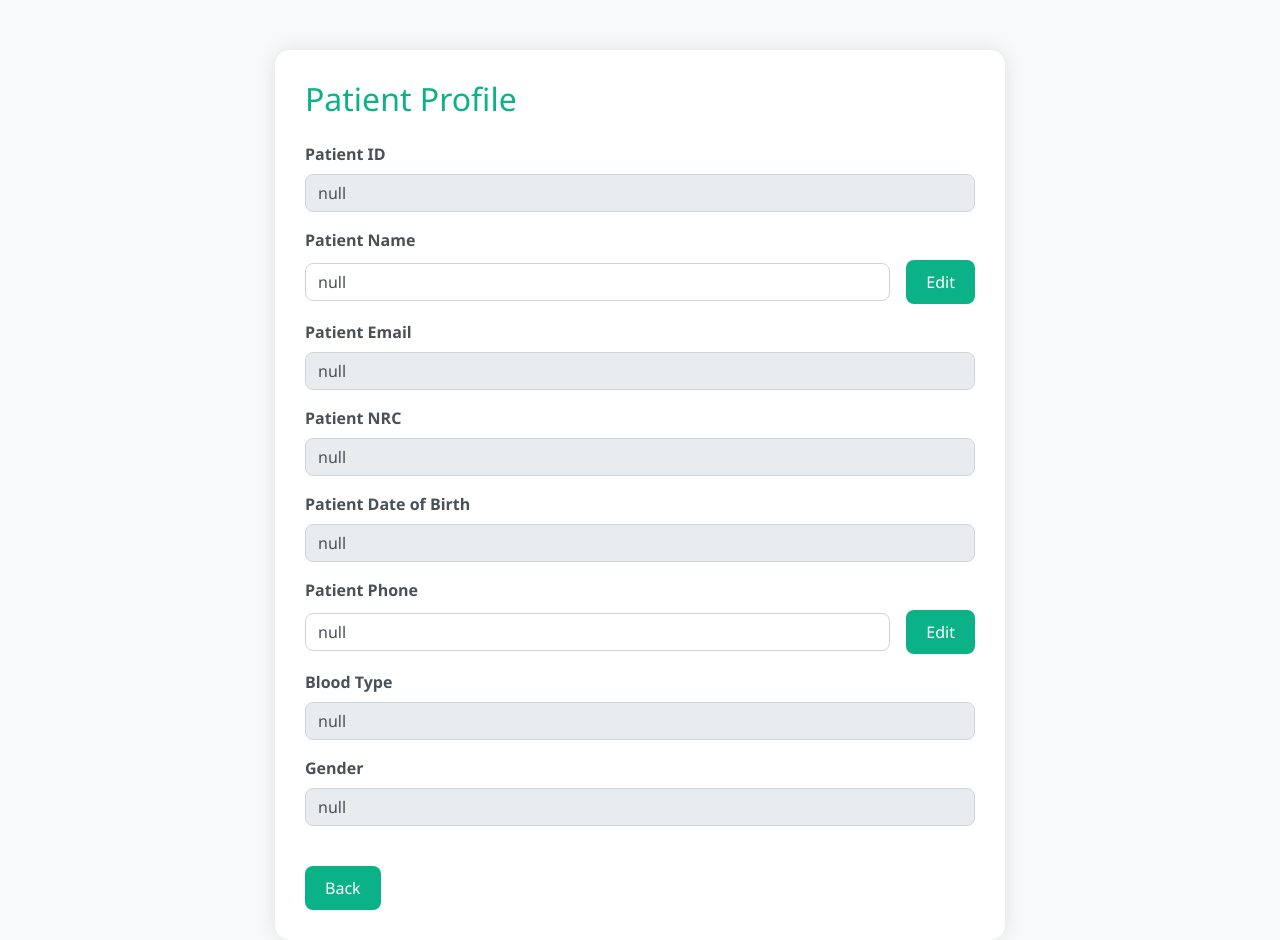
Repository: theonlymono/FitfinityHealthcareWebsiteJ2EE
Page: http://localhost/Fitfinity/ProfileUpdate.jsp
These files come from the project's save history. The page is drawn as it stood at one moment and after the next save; the edit follows.
The browser window is 1280 px wide. The pictures show the whole page.
Some web libraries are served in a nearby version. The page is served by Tomcat 9. Other server files are loaded and not shown. Queries for data that is not in the repository find no rows.

Above is the page before, as saved 2024-03-03 10:51:01.

### fitfinity/Fitfinity/WebContent/ProfileUpdate.jsp
<!DOCTYPE html>
<%@page import="UpdateProfile.*"%>
<%@page import="java.util.*" %>
<html lang="en">
<head>
  <meta charset="UTF-8">
  <meta name="viewport" content="width=device-width, initial-scale=1.0">
  <title>Patient Profile</title>
  <!-- Bootstrap CSS -->
  <link href="https://stackpath.bootstrapcdn.com/bootstrap/4.5.2/css/bootstrap.min.css" rel="stylesheet">
  <!-- Custom CSS -->
  <style>
    /* Add custom styles here */
    body {
      background-color: #f8f9fa;
      font-family: 'Segoe UI', Tahoma, Geneva, Verdana, sans-serif;
    }
    .profile-card {
      background-color: #fff;
      border-radius: 15px;
      box-shadow: 0 0 20px rgba(0, 0, 0, 0.1);
      padding: 30px;
      margin-top: 50px;
    }
    .edit-button {
      background-color: #0bb288;
      border: none;
      color: #fff;
      padding: 10px 20px;
      border-radius: 8px;
      cursor: pointer;
    }
    .edit-button:hover {
      background-color: #218838;
    }
    .back-button {
      background-color: #0bb288;
      border: none;
      color: #fff;
      padding: 10px 20px;
      border-radius: 8px;
      cursor: pointer;
    }
    .back-button:hover {
      background-color: #218838;
    }
    .form-group label {
      font-weight: bold;
      color: #495057;
    }
    .form-control {
      border-radius: 8px;
      border: 1px solid #ced4da;
    }
    h2 {
      color: #0bb288;
    }
    .error-message {

            font-weight: bold;
            color: red;
            font-size: 15px;
        }
    .success-message {

            font-weight: bold;
            color: #0bb288;
            font-size: 15px bold;
        }

  </style>
</head>
<body>
<div class="error-message">
  <c:out value="${message}" />
</div>
<div class="container">
  <div class="row justify-content-center">
    <div class="col-md-8">
      <div class="profile-card">
        <h2 class="mb-4">Patient Profile</h2>
        <% String userid = request.getParameter("userid");
          	 String email = request.getParameter("email");
             String username = request.getParameter("username");
             ProfileDAO dao = new ProfileDAO();

          %>



        <form id="updateForm" action="${pageContext.request.contextPath}/UpdateNameServlet" method="post">
		    <div class="form-group">
		        <label for="patientID">Patient ID</label>
		        <input type="text" class="form-control" id="patientID" name="userid" value="<%= userid %>" disabled>
		        <!-- Add hidden input field for userid -->
		        <input type="hidden" name="userid" value="<%= userid %>">
		    </div>

		    <div class="form-group">
		        <label for="patientName">Patient Name</label>
		        <div class="d-flex align-items-center">
		            <input type="text" class="form-control mr-3" id="patientName" name="updatedName" value="<%= dao.getName(userid) %>">
		            <button class="edit-button" type="submit">Edit</button>
		        </div>
		        <% String message1 = (String) request.getAttribute("message1");
        		   	   if (message1!= null)
        		   	   {
        		   %>

        		   <div class="success-message"> <%= message1 %> </div>
        		   <% } %>
		        <% String message2 = (String) request.getAttribute("message2");
        		   	   if (message2!= null)
        		   	   {
        		   %>

        		   <div class="error-message"> <%= message2 %> </div>
        		   <% } %>
		    </div>
		</form>


        <div class="form-group">
          <label for="patientEmail">Patient Email</label>
          <input type="email" class="form-control" id="patientEmail" value="<%=dao.getEmail(userid) %>" disabled>
        </div>
        <div class="form-group">
          <label for="patientNRC">Patient NRC</label>
          <input type="text" class="form-control" id="patientNRC" value="<%=dao.getNRC(userid)%>" disabled>
        </div>
        <div class="form-group">
          <label for="patientDOB">Patient Date of Birth</label>
          <input type="text" class="form-control" id="patientDOB" value="<%=dao.getDOB(userid) %>" disabled>
        </div>

        <form id="updatePhoneForm" action="http://localhost:8080/SignUp/UpdatePhoneServlet" method="post">
		    <div class="form-group">
		        <!-- Add hidden input field for userid -->
		        <input type="hidden" name="userid" value="<%= userid %>">
		    </div>

		    <div class="form-group">
		        <label for="patientPhone">Patient Phone</label>
		        <div class="d-flex align-items-center">
		            <input type="text" class="form-control mr-3" id="patientPhone" name="updatedPhone" value="<%= dao.getPhone(userid) %>">
		            <button class="edit-button" type="submit">Edit</button>
		        </div>
		        <% String message3 = (String) request.getAttribute("message3");
        		   	   if (message3!= null)
        		   	   {
        		   %>

        		   <div class="success-message"> <%= message3 %> </div>
        		   <% } %>
		        <% String message4 = (String) request.getAttribute("message4");
        		   	   if (message4!= null)
        		   	   {
        		   %>

        		   <div class="error-message"> <%= message4 %> </div>
        		   <% } %>
		    </div>
		</form>


        <div class="form-group">
          <label for="bloodType">Blood Type</label>
          <input type="text" class="form-control" id="bloodType" value="<%=dao.getBlood(userid) %>" disabled>
        </div>
        <div class="form-group">
          <label for="gender">Gender</label>
          <input type="text" class="form-control" id="gender" value="<%=dao.getGender(userid) %>" disabled>
        </div>

        <!-- Back Button -->
        <button class="back-button mt-4" >Back</button>




      </div>
    </div>
  </div>
</div>

<!-- Bootstrap JS -->
<script src="https://code.jquery.com/jquery-3.5.1.slim.min.js"></script>
<script src="https://cdn.jsdelivr.net/npm/@popperjs/core@2.5.4/dist/umd/popper.min.js"></script>
<script src="https://stackpath.bootstrapcdn.com/bootstrap/4.5.2/js/bootstrap.min.js"></script>

<!-- JavaScript to go back to the previous page -->
<script>
  function goBack() {
    window.history.back();
  }


</script>

</body>
</html>

### fitfinity/Fitfinity/src/main/java/UpdateProfile/ProfileDAO.java
package UpdateProfile;

import java.util.*;
import java.sql.*;

public class ProfileDAO {


	public String getName(String userid) {
		String name=null;

		try {
			Class.forName("com.mysql.cj.jdbc.Driver");

			Connection c = DriverManager.getConnection("jdbc:mysql://localhost:3306/fitfinity","root", "");
			String sql = "SELECT patientName FROM patients WHERE patientID =?";
            PreparedStatement stmt = c.prepareStatement(sql);
            stmt.setString(1, userid);
            ResultSet rs = stmt.executeQuery();

            while (rs.next())

            {
            	name = rs.getString("patientName");
            }

		} catch (Exception e) {
			e.getStackTrace();
		}

		return name;
	}
	public String getNRC(String userid) {
		String nrc=null;

		try {
			Class.forName("com.mysql.cj.jdbc.Driver");

			Connection c = DriverManager.getConnection("jdbc:mysql://localhost:3306/fitfinity","root", "");
			String sql = "SELECT patientNRC FROM patients WHERE patientID =?";
			PreparedStatement stmt = c.prepareStatement(sql);
			stmt.setString(1, userid);
			ResultSet rs = stmt.executeQuery();

			while (rs.next())

			{
				nrc = rs.getString("patientNRC");
			}

		} catch (Exception e) {
			e.getStackTrace();
		}

		return nrc;
	}
	public String getDOB(String userid) {
		String dob=null;

		try {
			Class.forName("com.mysql.cj.jdbc.Driver");

			Connection c = DriverManager.getConnection("jdbc:mysql://localhost:3306/fitfinity","root", "");
			String sql = "SELECT patientDOB FROM patients WHERE patientID =?";
			PreparedStatement stmt = c.prepareStatement(sql);
			stmt.setString(1, userid);
			ResultSet rs = stmt.executeQuery();

			while (rs.next())

			{
				dob = rs.getString("patientDOB");
			}

		} catch (Exception e) {
			e.getStackTrace();
		}

		return dob;
	}
	public String getPhone(String userid) {
		String phone=null;

		try {
			Class.forName("com.mysql.cj.jdbc.Driver");

			Connection c = DriverManager.getConnection("jdbc:mysql://localhost:3306/fitfinity","root", "");
			String sql = "SELECT patientPhone FROM patients WHERE patientID =?";
			PreparedStatement stmt = c.prepareStatement(sql);
			stmt.setString(1, userid);
			ResultSet rs = stmt.executeQuery();

			while (rs.next())

			{
				phone = rs.getString("patientPhone");
			}

		} catch (Exception e) {
			e.getStackTrace();
		}

		return phone;
	}
	public String getBlood(String userid) {
		String blood=null;

		try {
			Class.forName("com.mysql.cj.jdbc.Driver");

			Connection c = DriverManager.getConnection("jdbc:mysql://localhost:3306/fitfinity","root", "");
			String sql = "SELECT bloodType FROM patients WHERE patientID =?";
			PreparedStatement stmt = c.prepareStatement(sql);
			stmt.setString(1, userid);
			ResultSet rs = stmt.executeQuery();

			while (rs.next())

			{
				blood = rs.getString("bloodType");
			}

		} catch (Exception e) {
			e.getStackTrace();
		}

		return blood;
	}
	public String getGender(String userid) {
		String g=null;

		try {
			Class.forName("com.mysql.cj.jdbc.Driver");

			Connection c = DriverManager.getConnection("jdbc:mysql://localhost:3306/fitfinity","root", "");
			String sql = "SELECT gender FROM patients WHERE patientID =?";
			PreparedStatement stmt = c.prepareStatement(sql);
			stmt.setString(1, userid);
			ResultSet rs = stmt.executeQuery();

			while (rs.next())

			{
				g = rs.getString("gender");
			}

		} catch (Exception e) {
			e.getStackTrace();
		}

		return g;
	}
	public String getEmail(String userid) {
		String em=null;

		try {
			Class.forName("com.mysql.cj.jdbc.Driver");

			Connection c = DriverManager.getConnection("jdbc:mysql://localhost:3306/fitfinity","root", "");
			String sql = "SELECT patientEmail FROM patients WHERE patientID =?";
			PreparedStatement stmt = c.prepareStatement(sql);
			stmt.setString(1, userid);
			ResultSet rs = stmt.executeQuery();

			while (rs.next())

			{
				em = rs.getString("patientEmail");
			}

		} catch (Exception e) {
			e.getStackTrace();
		}

		return em;
	}
}

After the next save:
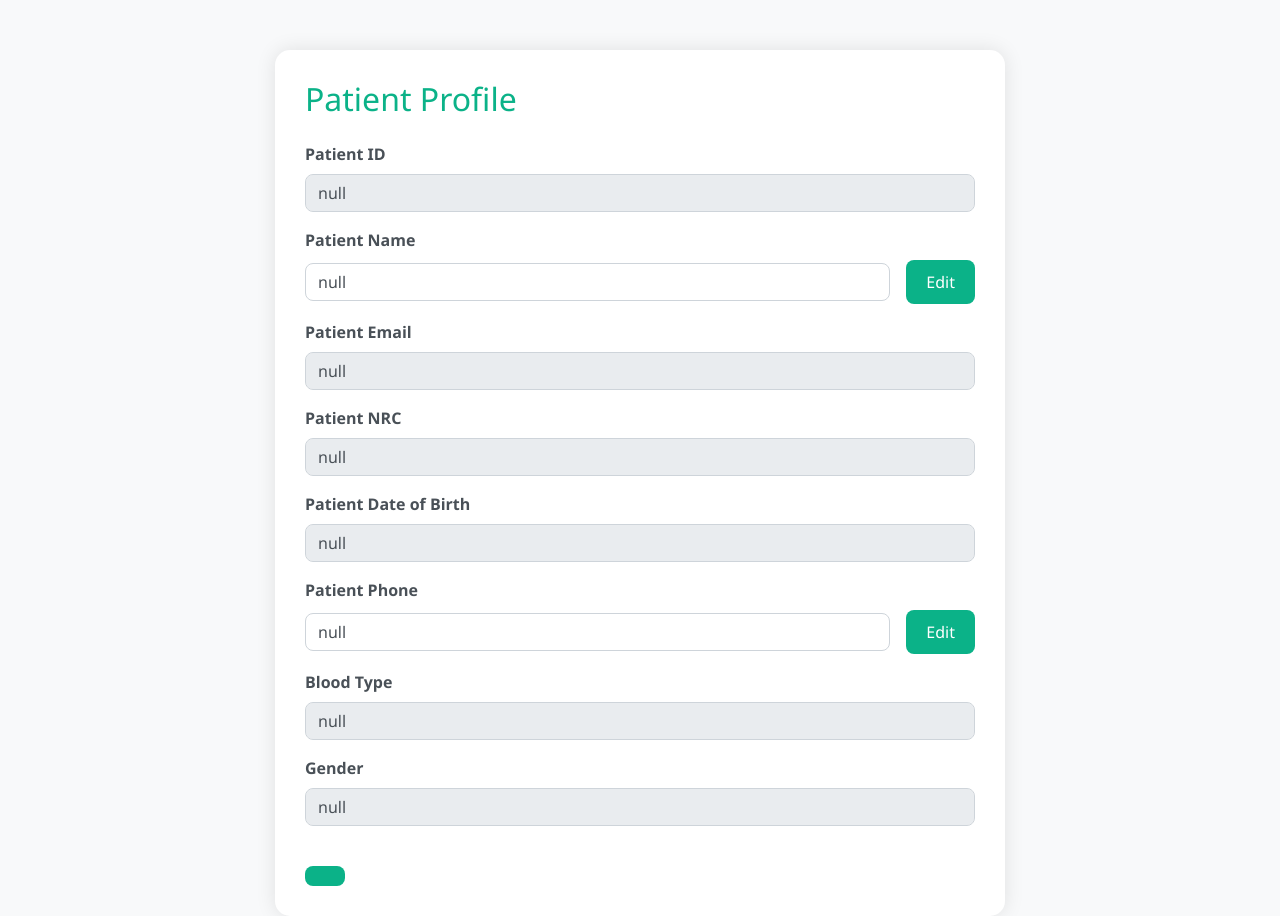
Saved 22 s later.
--- a/fitfinity/Fitfinity/WebContent/ProfileUpdate.jsp
+++ b/fitfinity/Fitfinity/WebContent/ProfileUpdate.jsp
@@ -173,7 +173,7 @@
         </div>
 
         <!-- Back Button -->
-        <button class="back-button mt-4" >Back</button>
+        <button class="back-button mt-4" ><a></a></button>
 
 
 
